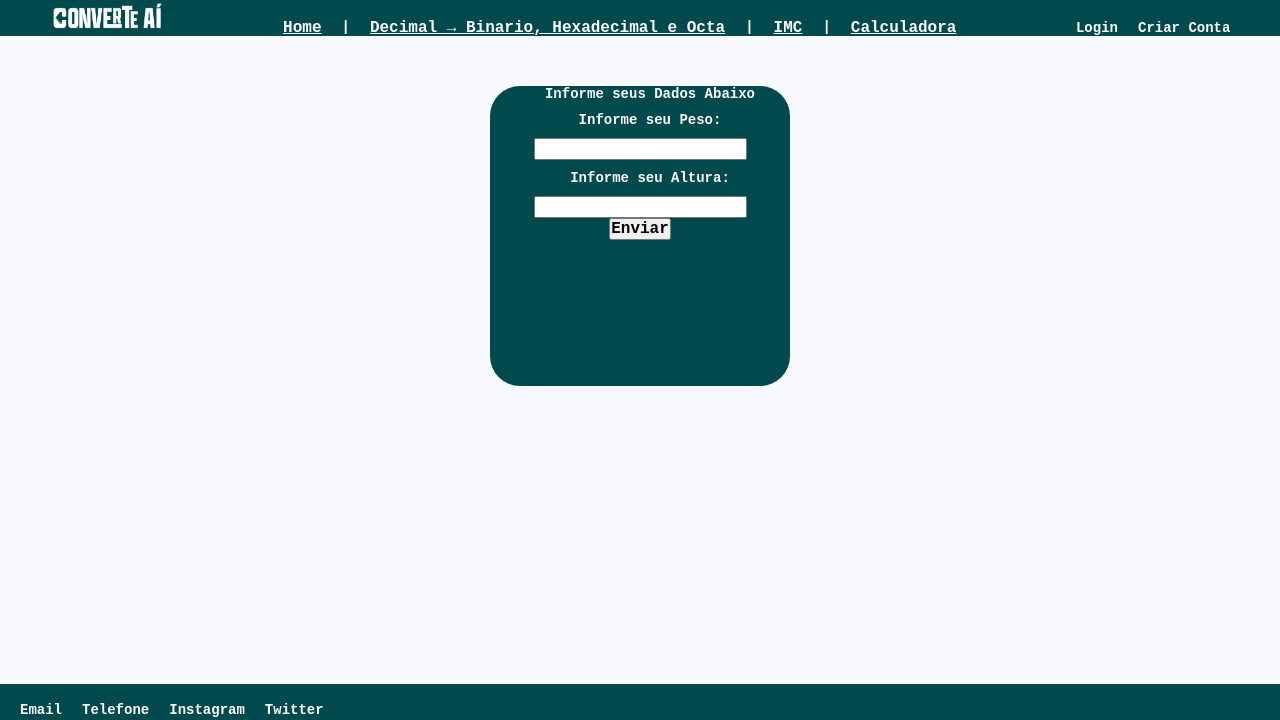
Repository: Frav1u/converteai
Page: ConverteAi/src/main/webapp/imc.html
The author's editor kept a copy of each file at every save. The page is drawn from the files as they stood at one save, then again after the next save.
The browser window is 1280 px wide. The pictures show the whole page.
Some web fonts or font styles are not loaded; a fallback is used.

Above is the page before, as saved 2023-10-01 21:38:22.

### ConverteAi/src/main/webapp/imc.html
<!DOCTYPE html>
<html>
<head>
	<meta charset="UTF-8">
<title>Decimal Para Binario</title>
<link href="https://fonts.googleapis.com/css2?family=Inter:wght@400;700&family=Space+Mono:wght@400;700&display=swap"
        rel="stylesheet">
    <link rel="stylesheet" href="styleimc.css">
    <link rel="icon" href="icone-removebg-preview.png">

</head>
<body>
		<header>
			<img class="img" src="logo.png">
		<nav>
			<ul class="menu">
				<li><a href="home.html">Home</a></li>
				<li>  |  </li>
				<li><a href="decimalParaBinario.html">Decimal → Binario, Hexadecimal e Octa</a></li>
				<li>  |  </li>
				<li><a href="imc.html">IMC</a></li>
				<li>  |  </li>
				<li><a href="calculadora.html">Calculadora</a></li>
			</ul>
		</nav>
			<ul class="conta">
			<li>Login</li>
			<li>Criar Conta</li>
		</ul>
	</header>

	<main>
		<title>Calculadora de IMC</title>

</head>

<body>
<div class="caixa">
<form action = "receber.jsp">
	<ul>
		<li class="info">Informe seus Dados Abaixo</li>
		<li class="li1">Informe seu Peso:</li>
		<input class="li2" type="text" id="peso" name="peso">
		<li class="li1">Informe seu Altura:</li>
		<input class="li2" type="text" id="altura" name="altura">
	</ul>
		<input type ="submit" value = "Enviar">
</form>
</div>
	</main>

	<footer>
		<ul class="contatos">
			<li>Email</li>
			<li>Telefone</li>
			<li>Instagram</li>
			<li>Twitter</li>
		</ul>

	</footer>
</body>

</html>

### ConverteAi/src/main/webapp/styleimc.css

* {
    margin: 0;
    padding: 0;
    box-sizing: border-box;
    font-family: 'Apotek Bold', monospace;
    font-weight: 600;
    font-size: 16px;
    outline: none;
    list-style: none;
}

body{
	background-color:  ghostwhite
}

li{
	font-size: 14px;
	margin-left: 20px;

}

header{
	background-color: hsl(183, 100%, 15%);
	color: white;
	height: 5vh;
    color: inherit;
    display: flex;
    display: flex;
    justify-content: center;
    align-items: center;
    justify-content: space-evenly;
}

.contatos{
	display: flex;
	list-style: none;
}

footer{
	background-color: hsl(183, 100%, 15%);
	color: white;
	height: 5vh;
    padding-top: 18px;

}

.logo{
	color: white;
}
.menu{
	color: white;
	display: flex;
	margin-top: 20px;
	margin-left: 50px;
	list-style: none;

}

.conta{
	color: white;
	display: flex;
	margin-top: 20px;
	margin-left: 50px;
	list-style: none;
}

.menu a {
	color: white;
	font-size: 16px;

}



nav{
	display: flex;
	justify-content: center;
	align-items: center;
}


main{
	height: 90vh;
	text-align: center;
	padding-top: 30px;
}

.img{
	width: 114px;
}
.caixa{
	height: 300px;
	width: 300px;
	background-color: hsl(183, 100%, 15%);
	margin: 20px auto;
	border-radius: 30px;
	}

ul{
	color: white;
		list-style: none;
}

.li1{
	margin-top: 10px;
}


.li2{
	margin-top: 10px;

}


info{
	padding-top: 10px;
	padding-bottom: 10px;
	margin-top: 50px;
}

After the next save:
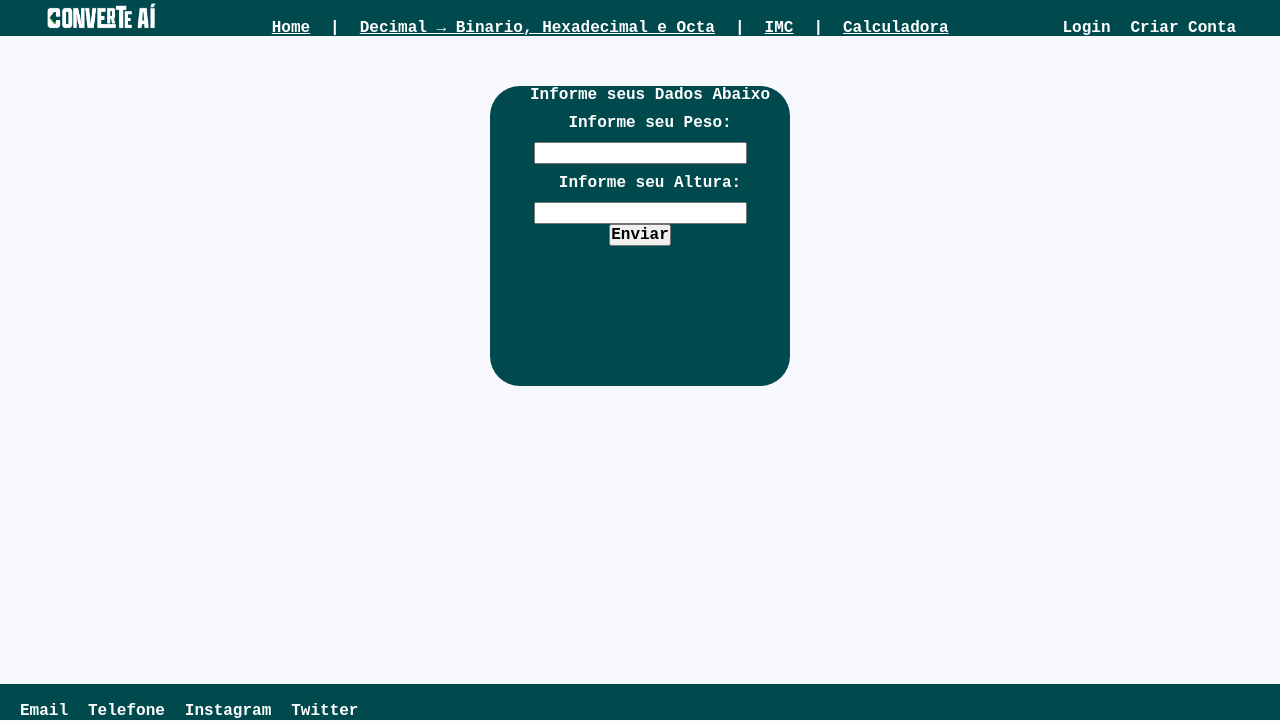
Saved 27 s later.
--- a/ConverteAi/src/main/webapp/styleimc.css
+++ b/ConverteAi/src/main/webapp/styleimc.css
@@ -15,7 +15,6 @@ body{
 }
 
 li{
-	font-size: 14px;
 	margin-left: 20px;
 
 }
